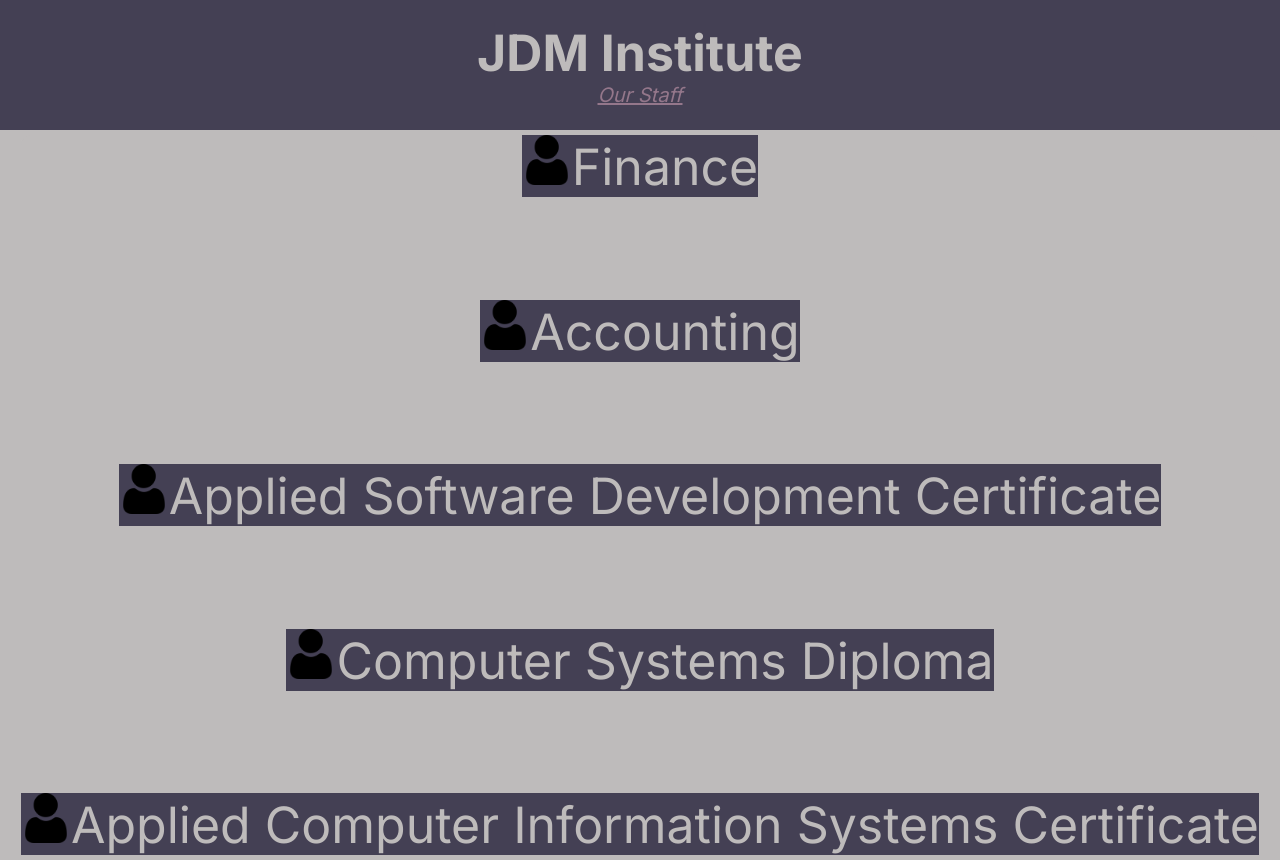
Repository: jennydmcm/class03practice
Page: /
The author's editor kept a copy of each file at every save. The page is drawn from the files as they stood at one save, then again after the next save.
The browser window is 1280 px wide. The pictures show the whole page.
The project was rebuilt for these pictures with package versions that can differ from the ones it lists, and the page was loaded fresh each time. The framework's server and built-in components were replaced by stand-ins that run in the browser. Also part of the build but not shown: next.config.js.

Above is the page before, as saved 2023-01-25 09:11:44.

After the next save:
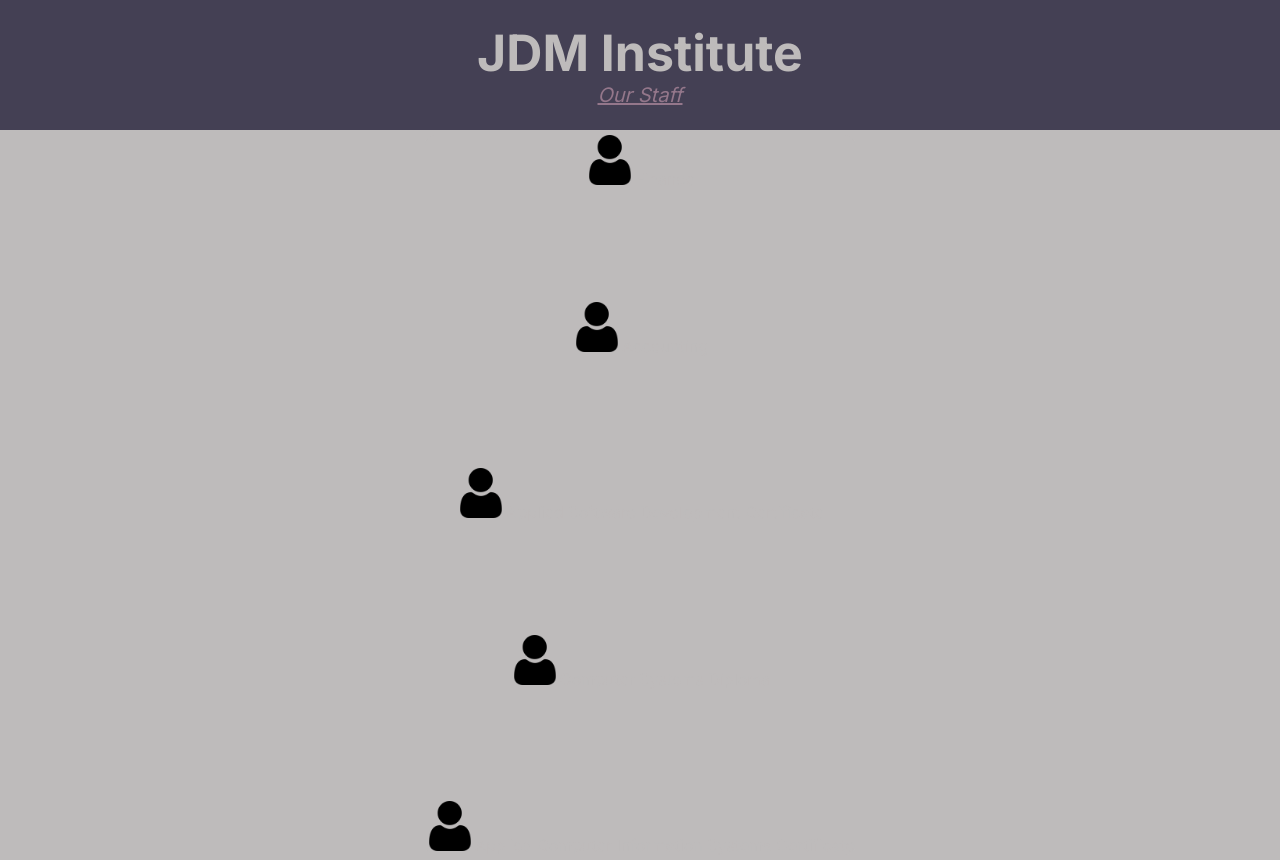
Saved 3 h 19 min later.
--- a/components/Card/index.js
+++ b/components/Card/index.js
@@ -6,9 +6,16 @@
 
 }) {
     return(
-        <div style={{backgroundColor: colour, fontSize:font}}>
+        <div style={{
+
+
+
+
+
+
+            }}>
             {
-                colour === "red" ?    <img src={'icon/person.png'} width='50'/> :
+                colour === "#FAC9B8" ?    <img src={'icon/person.png'} width='50'/> :
                 colour === "blue" ?   <img src={'icon/personThree.png'} width='50'/> :
                                     <img src={image} width='50'/>
             }

After the 5 saves that followed:
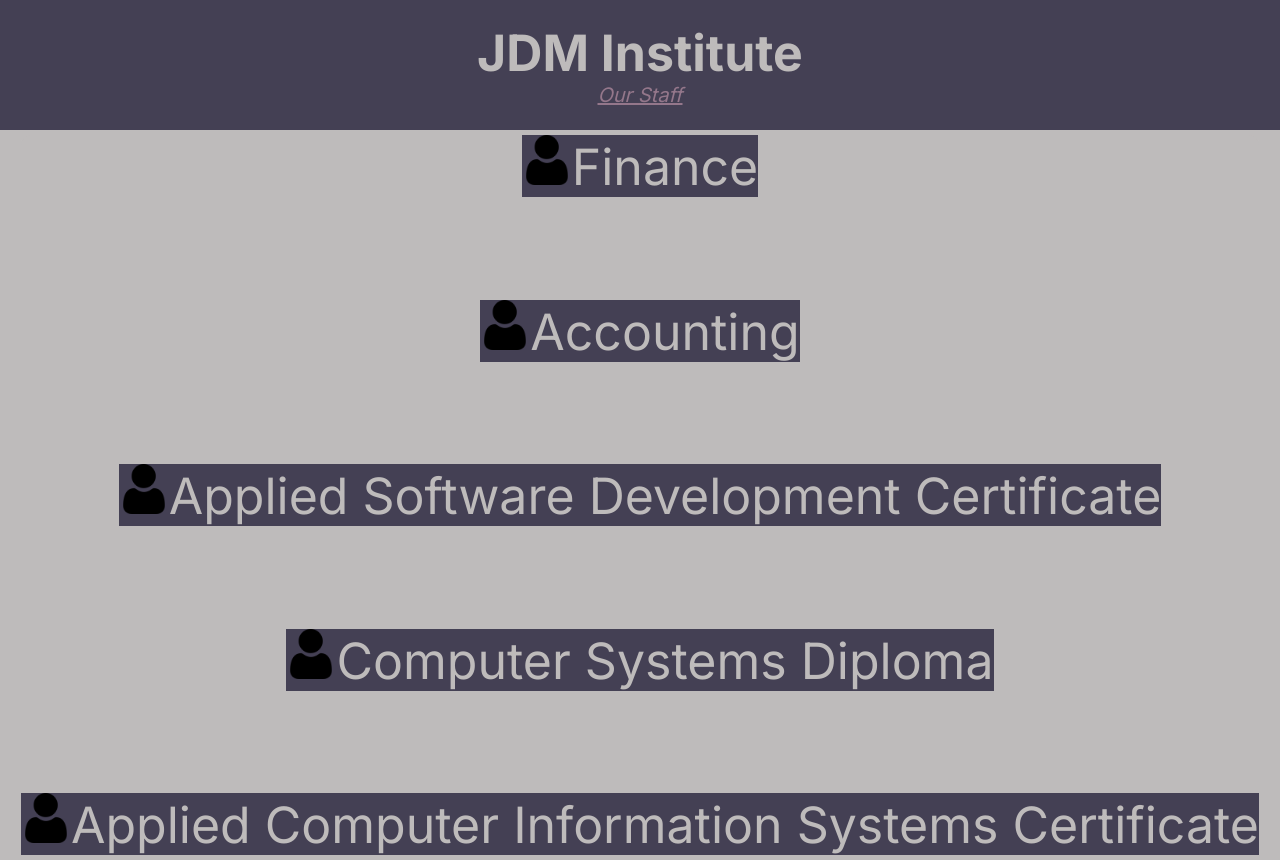
The 5 saves are shown as one change because 4 left the picture as it was.
The last was saved 2 min 54 s later.
--- a/components/Card/index.js
+++ b/components/Card/index.js
@@ -9,13 +9,14 @@
         <div style={{
 
 
-
+            backgroundColor: colour,
+            fontSize:font
 
 
 
             }}>
             {
-                colour === "#FAC9B8" ?    <img src={'icon/person.png'} width='50'/> :
+                colour === "red" ?    <img src={'icon/person.png'} width='50'/> :
                 colour === "blue" ?   <img src={'icon/personThree.png'} width='50'/> :
                                     <img src={image} width='50'/>
             }
